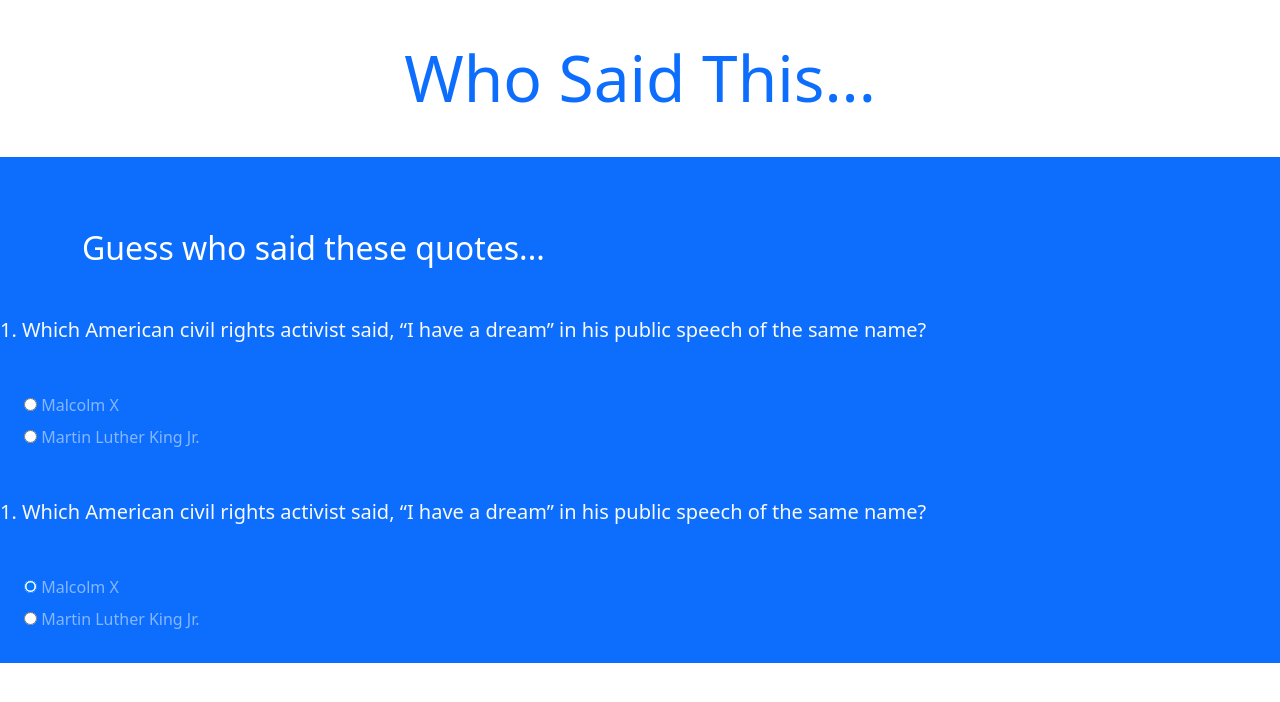
Repository: julihocc/netninja-quiz
Page: index.html
These files come from the project's save history. The page is drawn as it stood at one moment and after the next save; the edit follows.
The browser window is 1280 px wide. The pictures show the whole page.

Above is the page before, as saved 2022-09-27 19:21:52.

### index.html
<!DOCTYPE html>
<html lang="en">

<head>
    <meta charset="UTF-8">
    <meta http-equiv="X-UA-Compatible" content="IE=edge">
    <meta name="viewport" content="width=device-width, initial-scale=1.0">

    <!-- CSS only -->
    <link href="https://cdn.jsdelivr.net/npm/bootstrap@5.2.1/dist/css/bootstrap.min.css" rel="stylesheet"
        integrity="sha384-iYQeCzEYFbKjA/T2uDLTpkwGzCiq6soy8tYaI1GyVh/UjpbCx/TYkiZhlZB6+fzT" crossorigin="anonymous">

    <title>Who Said It...</title>
</head>

<body>

    <div class="intro py-3 bg-white text-center">
        <div class="container">
            <h2 class="text-primary display-3 my-4">
                Who Said This...
            </h2>
        </div>
    </div>

    <div class="quiz py-4 bg-primary">
        <div class="container lead">
            <h2 class="my-5 text-white">
                Guess who said these quotes...
            </h2>
        </div>


        <form class="quiz-form text-light">

            <!-- question #1 -->
            <div class="my-5">
                <p class="lead font-weight-normal">
                    1. Which American civil rights activist said, “I have a dream” in his public speech of the same
                    name?
                </p>
            </div>
            <div class="form-check my-2 text-white-50">
                <input type="radio" name="q1" value="A" checked> <label class="form-check-label">Malcolm X</label>
            </div>
            <div class="form-check my-2 text-white-50">
                <input type="radio" name="q1" value="B"> <label class="form-check-label">Martin Luther King Jr.</label>
            </div>

            <!-- question #1 -->
            <div class="my-5">
                <p class="lead font-weight-normal">
                    1. Which American civil rights activist said, “I have a dream” in his public speech of the same
                    name?
                </p>
            </div>
            <div class="form-check my-2 text-white-50">
                <input type="radio" name="q1" value="A" checked> <label class="form-check-label">Malcolm X</label>
            </div>
            <div class="form-check my-2 text-white-50">
                <input type="radio" name="q1" value="B"> <label class="form-check-label">Martin Luther King Jr.</label>
            </div>
        </form>

    </div>

    <script src="app.js"></script>
</body>

</html>

Loaded but not shown: app.js (no stored copy; drawn as an empty file)

After the next save:
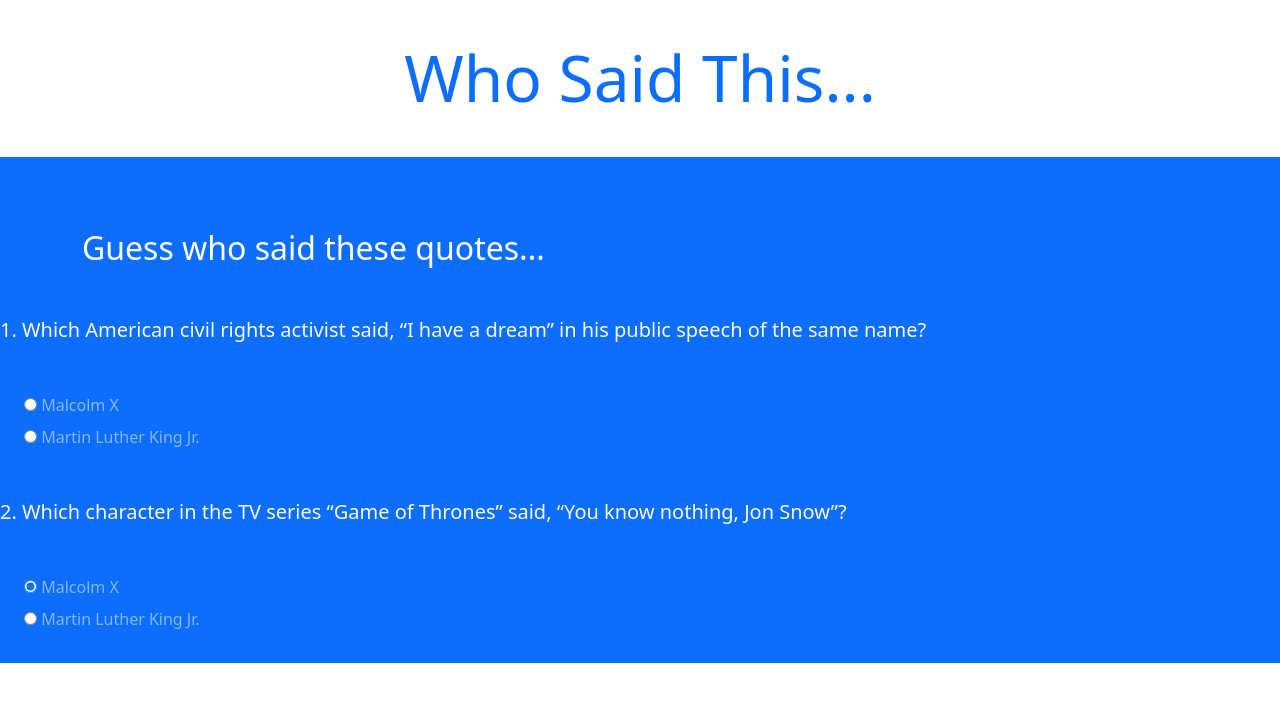
Saved 10 s later.
--- a/index.html
+++ b/index.html
@@ -50,8 +50,8 @@
             <!-- question #1 -->
             <div class="my-5">
                 <p class="lead font-weight-normal">
-                    1. Which American civil rights activist said, “I have a dream” in his public speech of the same
-                    name?
+                    2. Which character in the TV series “Game of Thrones” said,
+                            “You know nothing, Jon Snow”?
                 </p>
             </div>
             <div class="form-check my-2 text-white-50">
